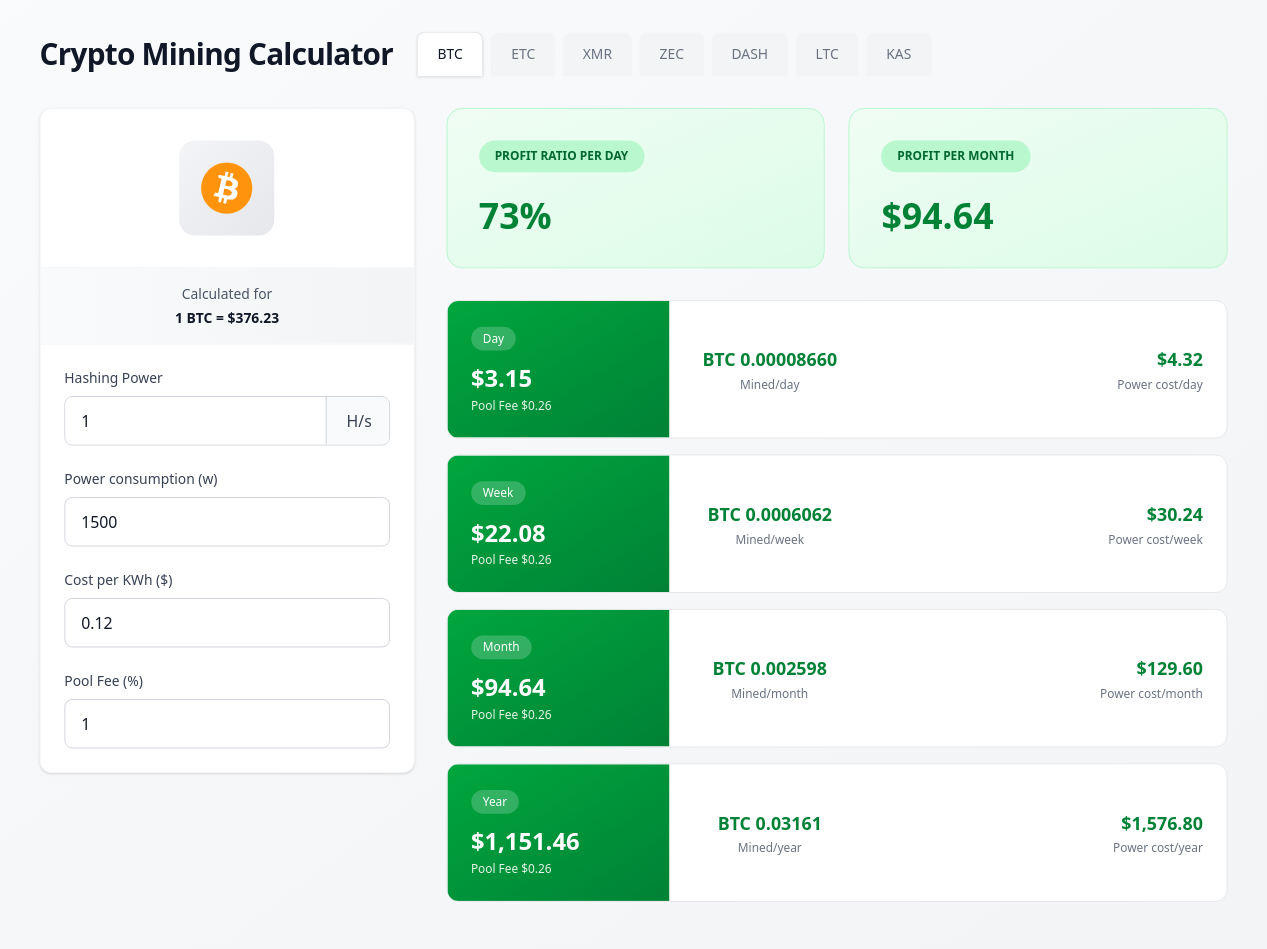
Repository: Bilal-Ahmad-CodeMaster/crypto-proj
Page: /
The author's editor kept a copy of each file at every save. The page is drawn from the files as they stood at one save, then again after the next save.
The browser window is 1280 px wide. The pictures show the whole page, at 99% of full size.
The project was rebuilt for these pictures with package versions that can differ from the ones it lists, and the page was loaded fresh each time. The framework's server and built-in components were replaced by stand-ins that run in the browser. Also part of the build but not shown: next.config.ts.

Above is the page before, as saved 2025-11-25 21:47:59.

### src/app/layout.tsx
import './globals.css'
import React from 'react'


export const metadata = {
  title: 'Mining Dashboard',
}


export default function RootLayout({ children }: { children: React.ReactNode }) {
  return (
    <html lang="en">
      <body>
        {children}
      </body>
    </html>
  )
}

### src/app/page.tsx
'use client'
import React, { useState } from 'react'
import Tabs from './components/Tabs'
import HashingForm from './components/HashingForm'
import ResultCards from './components/ResultCards'

const currencies = [
  { id: 'btc', label: 'BTC' },
  { id: 'etc', label: 'ETC' },
  { id: 'xmr', label: 'XMR' },
  { id: 'zec', label: 'ZEC' },
  { id: 'dash', label: 'DASH' },
  { id: 'ltc', label: 'LTC' },
  { id: 'kas', label: 'KAS' }
]

export default function Page() {
  const [active, setActive] = useState('btc')

  return (
    <main className="min-h-screen p-8 bg-linear-to-br from-gray-50 to-gray-100">
      <div className="max-w-[1200px] mx-auto">
        <header className="flex items-center gap-6 mb-8">
          <h1 className="text-3xl font-bold text-gray-900 tracking-tight">
            Crypto Mining Calculator
          </h1>
          <nav className="flex-1">
            <Tabs active={active} setActive={setActive} tabs={currencies} />
          </nav>
        </header>

        <div className="grid grid-cols-1 lg:grid-cols-3 gap-8">
          <div>
            <HashingForm active={active} />
          </div>

          <div className="lg:col-span-2">
            <ResultCards active={active} />
          </div>
        </div>
      </div>
    </main>
  )
}

### src/app/globals.css
@import "tailwindcss";

/* Small helpers to match the design exactly */
body {
  @apply bg-gray-50 font-sans text-gray-900 antialiased;
}

### src/app/components/Tabs.tsx
'use client'
import React from 'react'

export default function Tabs({ active, setActive, tabs }: { active: string; setActive: (s: string) => void; tabs: { id: string; label: string }[] }) {
    return (
        <div className="flex gap-2 items-end">
            {tabs.map(t => (
                <button
                    key={t.id}
                    onClick={() => setActive(t.id)}
                    className={`px-5 py-3 rounded-t-lg text-sm font-medium transition-all ${active === t.id
                            ? 'bg-white text-gray-900 border-t border-l border-r border-gray-200 shadow-sm'
                            : 'text-gray-500 hover:text-gray-700 bg-gray-100 hover:bg-gray-200'
                        }`}
                    style={{ minWidth: 56 }}
                >
                    {t.label}
                </button>
            ))}
        </div>
    )
}

### src/app/components/HashingForm.tsx
'use client'
import React from 'react'

export default function HashingForm({ active }: { active: string }) {
    return (
        <div className="bg-white rounded-xl shadow-sm border border-gray-100 overflow-hidden">
            <div className="p-8 border-b border-gray-100 flex items-center justify-center">
                <div className="w-24 h-24 bg-linear-to-br from-gray-100 to-gray-200 rounded-2xl flex items-center justify-center p-4">
                    <img
                        src={`${active.toLowerCase()}.png`}
                        alt="logo"
                        className="w-16 h-16 object-contain"
                    />
                </div>
            </div>

            <div className="bg-linear-to-r from-gray-50 to-gray-100 text-center py-4 text-sm text-gray-600 border-b border-gray-100">
                Calculated for
                <div className="font-semibold text-gray-900 mt-1">1 {active.toUpperCase()} = $376.23</div>
            </div>

            <div className="p-6 space-y-6">
                <div>
                    <label className="block text-sm font-medium text-gray-700 mb-2">Hashing Power</label>
                    <div className="flex rounded-lg overflow-hidden border border-gray-300 focus-within:ring-2 focus-within:ring-blue-500 focus-within:border-blue-500 transition-all">
                        <input
                            type="number"
                            defaultValue={1}
                            className="flex-1 px-4 py-3 outline-none bg-white"
                        />
                        <select className="px-4 py-3 bg-gray-50 border-l border-gray-300 text-gray-700">
                            <option>H/s</option>
                            <option>KH/s</option>
                            <option>MH/s</option>
                            <option>GH/s</option>
                            <option>TH/s</option>
                        </select>
                    </div>
                </div>

                <div>
                    <label className="block text-sm font-medium text-gray-700 mb-2">Power consumption (w)</label>
                    <input
                        className="w-full px-4 py-3 border border-gray-300 rounded-lg focus:ring-2 focus:ring-blue-500 focus:border-blue-500 transition-all"
                        defaultValue={1500}
                    />
                </div>

                <div>
                    <label className="block text-sm font-medium text-gray-700 mb-2">Cost per KWh ($)</label>
                    <input
                        className="w-full px-4 py-3 border border-gray-300 rounded-lg focus:ring-2 focus:ring-blue-500 focus:border-blue-500 transition-all"
                        defaultValue={0.12}
                    />
                </div>

                <div>
                    <label className="block text-sm font-medium text-gray-700 mb-2">Pool Fee (%)</label>
                    <input
                        className="w-full px-4 py-3 border border-gray-300 rounded-lg focus:ring-2 focus:ring-blue-500 focus:border-blue-500 transition-all"
                        defaultValue={1}
                    />
                </div>
            </div>
        </div>
    )
}

### src/app/components/ResultCards.tsx
'use client'
import React from 'react'

interface StatRowProps {
    title: string;
    money: string;
    mined: string;
    powerCost: string;
    positive?: boolean;
}

function StatRow({ title, money, mined, powerCost, positive = true }: StatRowProps) {
    return (
        <div className="mb-4 rounded-xl overflow-hidden flex border border-gray-200 bg-white hover:shadow-md transition-shadow">
            <div className={`w-56 p-6 text-white ${positive ? 'bg-linear-to-br from-green-600 to-green-700' : 'bg-linear-to-br from-red-500 to-red-600'}`}>
                <div className="text-xs font-medium bg-white/20 inline-block px-3 py-1 rounded-full mb-3">{title}</div>
                <div className="text-2xl font-bold mb-1">{money}</div>
                <div className="text-xs opacity-90">Pool Fee $0.26</div>
            </div>

            <div className="flex-1 p-6 grid grid-cols-3 items-center gap-6">
                <div className="text-center">
                    <div className={`text-lg font-semibold ${positive ? 'text-green-700' : 'text-red-600'}`}>{mined}</div>
                    <div className="text-xs text-gray-500 mt-1">Mined/{title.toLowerCase()}</div>
                </div>
                <div className="text-right col-span-2">
                    <div className={`text-lg font-semibold ${positive ? 'text-green-700' : 'text-red-600'}`}>{powerCost}</div>
                    <div className="text-xs text-gray-500 mt-1">Power cost/{title.toLowerCase()}</div>
                </div>
            </div>
        </div>
    )
}

export default function ResultCards({ active }: { active: string }) {
    const positive = active !== 'etc'

    return (
        <div>
            <div className="grid grid-cols-2 gap-6 mb-8">
                <div className={`rounded-2xl p-8 ${positive ? 'bg-gradient-to-br from-green-50 to-green-100 border border-green-200' : 'bg-gradient-to-br from-red-50 to-red-100 border border-red-200'}`}>
                    <div className={`text-xs font-semibold ${positive ? 'bg-green-200 text-green-800' : 'bg-red-200 text-red-800'} inline-block px-4 py-2 rounded-full`}>
                        PROFIT RATIO PER DAY
                    </div>
                    <div className={`text-4xl font-bold mt-6 ${positive ? 'text-green-700' : 'text-red-700'}`}>
                        {positive ? '73%' : '-70%'}
                    </div>
                </div>

                <div className={`rounded-2xl p-8 ${positive ? 'bg-gradient-to-br from-green-50 to-green-100 border border-green-200' : 'bg-gradient-to-br from-red-50 to-red-100 border border-red-200'}`}>
                    <div className={`text-xs font-semibold ${positive ? 'bg-green-200 text-green-800' : 'bg-red-200 text-red-800'} inline-block px-4 py-2 rounded-full`}>
                        PROFIT PER MONTH
                    </div>
                    <div className={`text-4xl font-bold mt-6 ${positive ? 'text-green-700' : 'text-red-700'}`}>
                        {positive ? '$94.64' : '$ -90.66'}
                    </div>
                </div>
            </div>

            <div>
                <StatRow title="Day" money="$3.15" mined="BTC 0.00008660" powerCost="$4.32" positive={positive} />
                <StatRow title="Week" money="$22.08" mined="BTC 0.0006062" powerCost="$30.24" positive={positive} />
                <StatRow title="Month" money="$94.64" mined="BTC 0.002598" powerCost="$129.60" positive={positive} />
                <StatRow title="Year" money="$1,151.46" mined="BTC 0.03161" powerCost="$1,576.80" positive={positive} />
            </div>
        </div>
    )
}

After the next save:
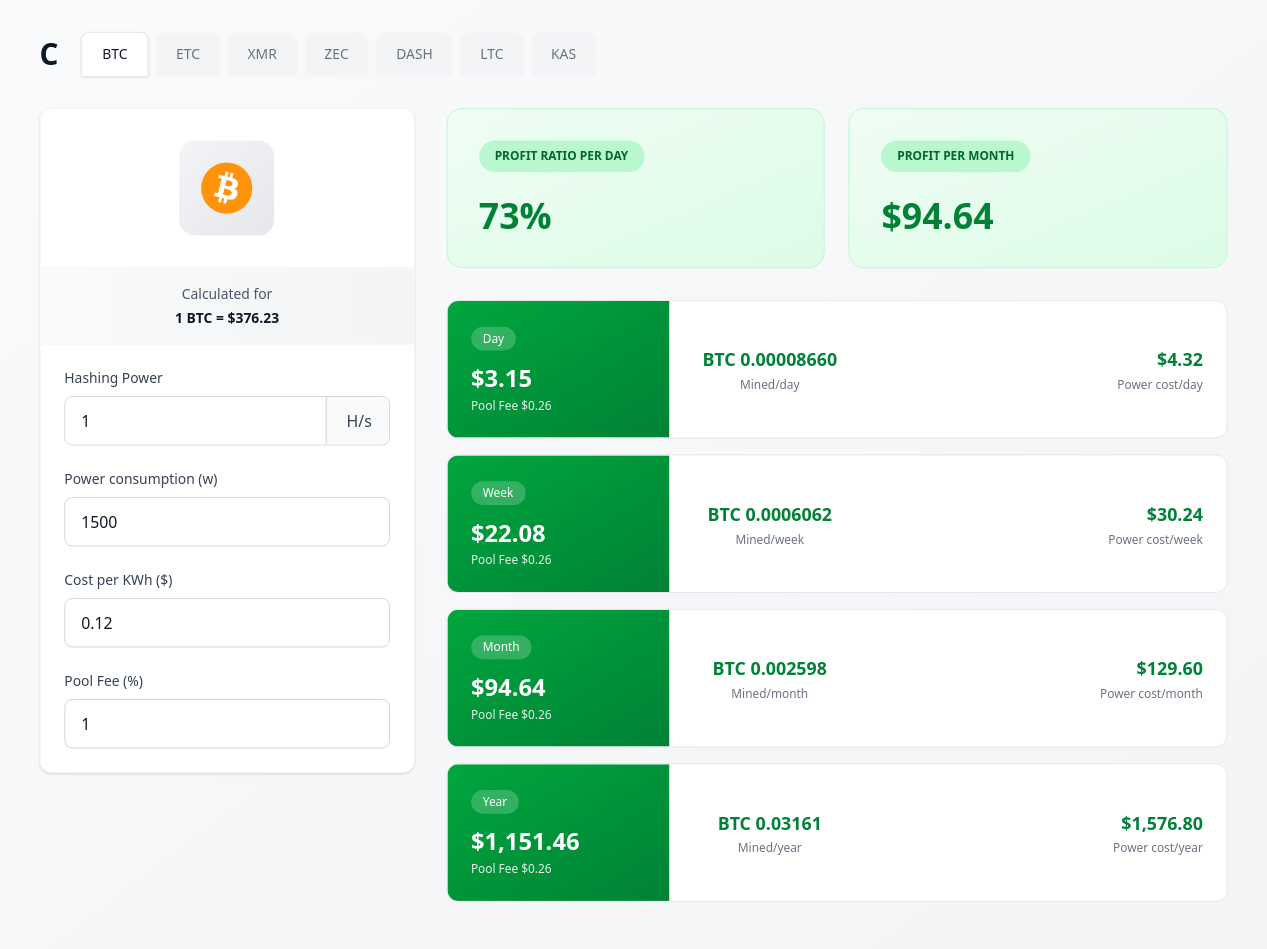
Saved 7 s later.
--- a/src/app/page.tsx
+++ b/src/app/page.tsx
@@ -22,7 +22,7 @@
       <div className="max-w-[1200px] mx-auto">
         <header className="flex items-center gap-6 mb-8">
           <h1 className="text-3xl font-bold text-gray-900 tracking-tight">
-            Crypto Mining Calculator
+            C
           </h1>
           <nav className="flex-1">
             <Tabs active={active} setActive={setActive} tabs={currencies} />
